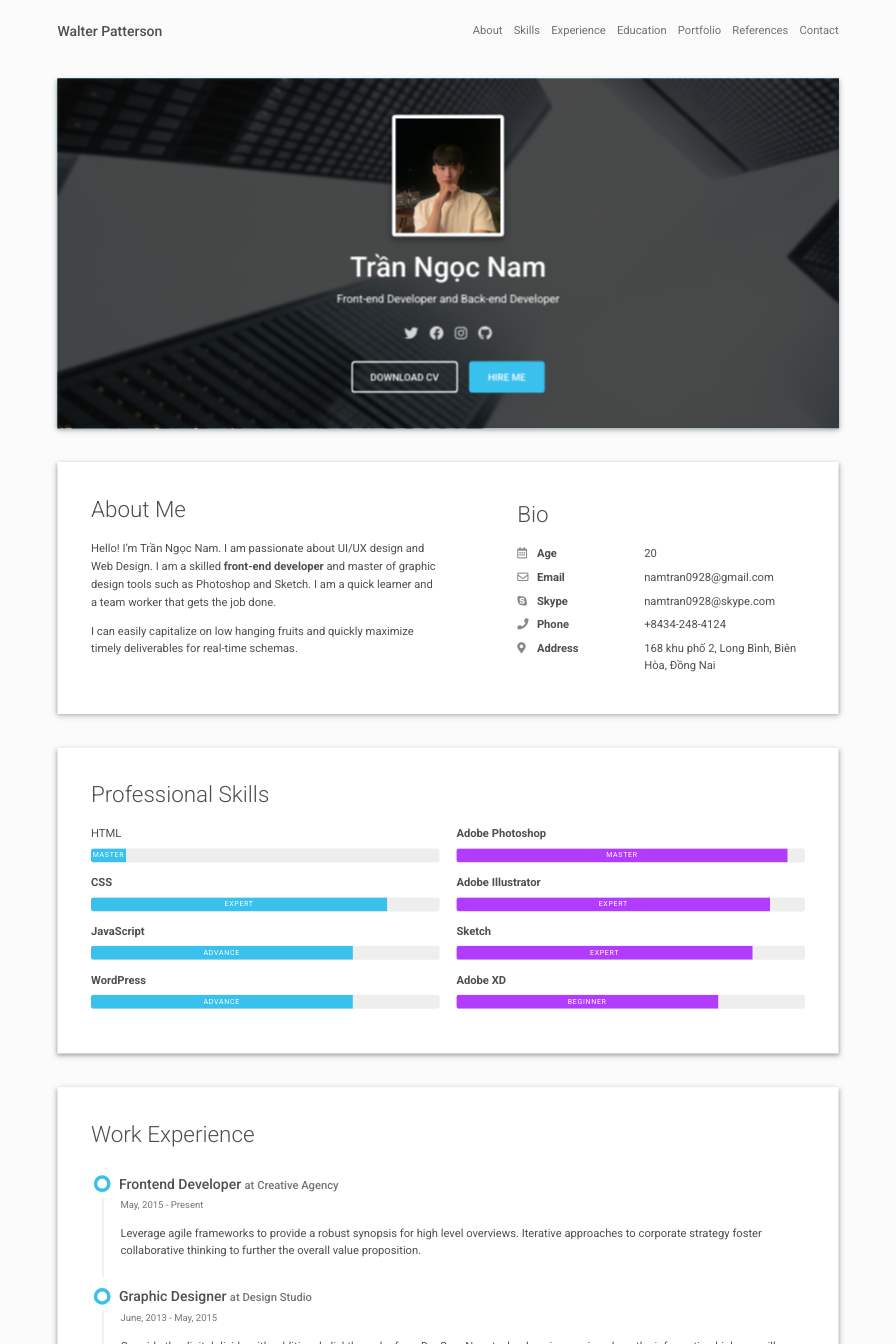
Repository: Namtran3107/CV
Page: index.html
These files come from the project's save history. The page is drawn as it stood at one moment and after the next save; the edit follows.
The browser window is 1280 px wide. The pictures show the part of the page from y = 0 to 1920 px (the page is 5347 px tall), at 70% of full size.

Above is the page before, as saved 2023-03-05 20:42:46.

### index.html
<!DOCTYPE html>
<html lang="en-US">
  <head>
    <meta charset="UTF-8">
    <meta http-equiv="X-UA-Compatible" content="IE=edge">
    <meta name="viewport" content="width=device-width, initial-scale=1">
    <title>Material Resume</title>
    <link rel="preconnect" href="https://fonts.gstatic.com" crossorigin="crossorigin"/>
    <link rel="preload" as="style" href="https://fonts.googleapis.com/css2?family=Poppins:wght@600&amp;family=Roboto:wght@300;400;500;700&amp;display=swap"/>
    <link rel="stylesheet" href="https://fonts.googleapis.com/css2?family=Poppins:wght@600&amp;family=Roboto:wght@300;400;500;700&amp;display=swap" media="print" onload="this.media='all'"/>
    <noscript>
      <link rel="stylesheet" href="https://fonts.googleapis.com/css2?family=Poppins:wght@600&amp;family=Roboto:wght@300;400;500;700&amp;display=swap"/>
    </noscript>
    <link href="css/font-awesome/css/all.min.css?ver=1.2.1" rel="stylesheet">
    <link href="css/mdb.min.css?ver=1.2.1" rel="stylesheet">
    <link href="css/aos.css?ver=1.2.1" rel="stylesheet">
    <link href="css/main.css?ver=1.2.1" rel="stylesheet">
    <noscript>
      <style type="text/css">
        [data-aos] {
            opacity: 1 !important;
            transform: translate(0) scale(1) !important;
        }
      </style>
    </noscript>
  </head>
  <body class="bg-light" id="top">
    <header class="d-print-none">
      <div class="container text-center text-lg-left">
        <div class="pt-4 clearfix">
          <h1 class="site-title mb-0">Walter Patterson</h1>
          <div class="site-nav">
            <nav role="navigation">
              <ul class="nav justify-content-center">
                <li class="nav-item"><a class="nav-link" href="#about" title="About"><span class="menu-title">About</span></a>
                </li>
                <li class="nav-item"><a class="nav-link" href="#skills" title="Skills"><span class="menu-title">Skills</span></a>
                </li>
                <li class="nav-item"><a class="nav-link" href="#experience" title="Experience"><span class="menu-title">Experience</span></a>
                </li>
                <li class="nav-item"><a class="nav-link" href="#education" title="Education"><span class="menu-title">Education</span></a>
                </li>
                <li class="nav-item"><a class="nav-link" href="#portfolio" title="Portfolio"><span class="menu-title">Portfolio</span></a>
                </li>
                <li class="nav-item"><a class="nav-link" href="#references" title="References"><span class="menu-title">References</span></a>
                </li>
                <li class="nav-item"><a class="nav-link" href="#contact" title="Contact"><span class="menu-title">Contact</span></a>
                </li>
              </ul>
            </nav>
          </div>
        </div>
      </div>
    </header>
    <div class="page-content">
      <div class="container">
<div class="resume-container">
  <div class="shadow-1-strong bg-white my-5" id="intro">
    <div class="bg-info text-white">
      <div class="cover bg-image"><img src="images/header-background.jpg"/>
        <div class="mask" style="background-color: rgba(0, 0, 0, 0.7);backdrop-filter: blur(2px);">
          <div class="text-center p-5">
            <div class="avatar p-1"><img class="img-thumbnail shadow-2-strong" src="./images/IMG_2092.JPG" width="160" height="160"/></div>
            <div class="header-bio mt-3">
              <div data-aos="zoom-in" data-aos-delay="0">
                <h2 class="h1">Trần Ngọc Nam</h2>
                <p>Front-end Developer and Back-end Developer</p>
              </div>
              <div class="header-social mb-3 d-print-none" data-aos="zoom-in" data-aos-delay="200">
                <nav role="navigation">
                  <ul class="nav justify-content-center">
                    <li class="nav-item"><a class="nav-link" href="https://twitter.com/templateflip" title="Twitter"><i class="fab fa-twitter"></i><span class="menu-title sr-only">Twitter</span></a>
                    </li>
                    <li class="nav-item"><a class="nav-link" href="https://www.facebook.com/templateflip" title="Facebook"><i class="fab fa-facebook"></i><span class="menu-title sr-only">Facebook</span></a>
                    </li>
                    <li class="nav-item"><a class="nav-link" href="https://www.instagram.com/templateflip" title="Instagram"><i class="fab fa-instagram"></i><span class="menu-title sr-only">Instagram</span></a>
                    </li>
                    <li class="nav-item"><a class="nav-link" href="https://github.com/templateflip" title="Github"><i class="fab fa-github"></i><span class="menu-title sr-only">Github</span></a>
                    </li>
                  </ul>
                </nav>
              </div>
              <div class="d-print-none"><a class="btn btn-outline-light btn-lg shadow-sm mt-1 me-3" href="material-resume.pdf" data-aos="fade-right" data-aos-delay="700">Download CV</a><a class="btn btn-info btn-lg shadow-sm mt-1" href="#contact" data-aos="fade-left" data-aos-delay="700">Hire Me</a></div>
            </div>
          </div>
        </div>
      </div>
    </div>
  </div>
  <div class="shadow-1-strong bg-white my-5 p-5" id="about">
    <div class="about-section">
      <div class="row">
        <div class="col-md-6">
          <h2 class="h2 fw-light mb-4">About Me</h2>
          <p>Hello! I’m Trần Ngọc Nam. I am passionate about UI/UX design and Web Design. I am a skilled <strong>front-end developer</strong> and master of graphic design tools such as Photoshop and Sketch. I am a quick learner and a team worker that gets the job done.</p>
          <p>I can easily capitalize on low hanging fruits and quickly maximize timely deliverables for real-time schemas.</p>
        </div>
        <div class="col-md-5 offset-lg-1">
          <div class="row mt-2">
            <h2 class="h2 fw-light mb-4">Bio</h2>
            <div class="col-sm-5">
              <div class="pb-2 fw-bolder"><i class="far fa-calendar-alt pe-2 text-muted" style="width:24px;opacity:0.85;"></i> Age</div>
            </div>
            <div class="col-sm-7">
              <div class="pb-2">20</div>
            </div>
            <div class="col-sm-5">
              <div class="pb-2 fw-bolder"><i class="far fa-envelope pe-2 text-muted" style="width:24px;opacity:0.85;"></i> Email</div>
            </div>
            <div class="col-sm-7">
              <div class="pb-2">namtran0928@gmail.com</div>
            </div>
            <div class="col-sm-5">
              <div class="pb-2 fw-bolder"><i class="fab fa-skype pe-2 text-muted" style="width:24px;opacity:0.85;"></i> Skype</div>
            </div>
            <div class="col-sm-7">
              <div class="pb-2">namtran0928@skype.com</div>
            </div>
            <div class="col-sm-5">
              <div class="pb-2 fw-bolder"><i class="fas fa-phone pe-2 text-muted" style="width:24px;opacity:0.85;"></i> Phone</div>
            </div>
            <div class="col-sm-7">
              <div class="pb-2">+8434-248-4124</div>
            </div>
            <div class="col-sm-5">
              <div class="pb-2 fw-bolder"><i class="fas fa-map-marker-alt pe-2 text-muted" style="width:24px;opacity:0.85;"></i> Address</div>
            </div>
            <div class="col-sm-7">
              <div class="pb-2">168 khu phố 2, Long Bình, Biên Hòa, Đồng Nai</div>
            </div>
          </div>
        </div>
      </div>
    </div>
  </div>
  <div class="shadow-1-strong bg-white my-5 p-5" id="skills">
    <div class="skills-section">
      <h2 class="h2 fw-light mb-4">Professional Skills</h2>
      <div class="row">
        <div class="col-md-6">
          <div class="mb-3"><span class="Node-js">HTML</span>
            <div class="progress my-2 rounded" style="height: 20px">
              <div class="progress-bar bg-info" role="progressbar" data-aos="zoom-in-right" data-aos-delay="100" data-aos-anchor=".skills-section" style="width: 10%;" aria-valuenow="95" aria-valuemin="0" aria-valuemax="100">Master</div>
            </div>
          </div>
          <div class="mb-3"><span class="fw-bolder">CSS</span>
            <div class="progress my-2 rounded" style="height: 20px">
              <div class="progress-bar bg-info" role="progressbar" data-aos="zoom-in-right" data-aos-delay="200" data-aos-anchor=".skills-section" style="width: 85%" aria-valuenow="85" aria-valuemin="0" aria-valuemax="100">Expert</div>
            </div>
          </div>
          <div class="mb-3"><span class="fw-bolder">JavaScript</span>
            <div class="progress my-2 rounded" style="height: 20px">
              <div class="progress-bar bg-info" role="progressbar" data-aos="zoom-in-right" data-aos-delay="300" data-aos-anchor=".skills-section" style="width: 75%" aria-valuenow="75" aria-valuemin="0" aria-valuemax="100">Advance</div>
            </div>
          </div>
          <div class="mb-3"><span class="fw-bolder">WordPress</span>
            <div class="progress my-2 rounded" style="height: 20px">
              <div class="progress-bar bg-info" role="progressbar" data-aos="zoom-in-right" data-aos-delay="300" data-aos-anchor=".skills-section" style="width: 75%" aria-valuenow="75" aria-valuemin="0" aria-valuemax="100">Advance</div>
            </div>
          </div>
        </div>
        <div class="col-md-6">
          <div class="mb-3"><span class="fw-bolder">Adobe Photoshop</span>
            <div class="progress my-2 rounded" style="height: 20px">
              <div class="progress-bar bg-secondary" role="progressbar" data-aos="zoom-in-right" data-aos-delay="400" data-aos-anchor=".skills-section" style="width: 95%" aria-valuenow="95" aria-valuemin="0" aria-valuemax="100">Master</div>
            </div>
          </div>
          <div class="mb-3"><span class="fw-bolder">Adobe Illustrator</span>
            <div class="progress my-2 rounded" style="height: 20px">
              <div class="progress-bar bg-secondary" role="progressbar" data-aos="zoom-in-right" data-aos-delay="400" data-aos-anchor=".skills-section" style="width: 90%" aria-valuenow="90" aria-valuemin="0" aria-valuemax="100">Expert</div>
            </div>
          </div>
          <div class="mb-3"><span class="fw-bolder">Sketch</span>
            <div class="progress my-2 rounded" style="height: 20px">
              <div class="progress-bar bg-secondary" role="progressbar" data-aos="zoom-in-right" data-aos-delay="500" data-aos-anchor=".skills-section" style="width: 85%" aria-valuenow="85" aria-valuemin="0" aria-valuemax="100">Expert</div>
            </div>
          </div>
          <div class="mb-3"><span class="fw-bolder">Adobe XD</span>
            <div class="progress my-2 rounded" style="height: 20px">
              <div class="progress-bar bg-secondary" role="progressbar" data-aos="zoom-in-right" data-aos-delay="600" data-aos-anchor=".skills-section" style="width: 75%" aria-valuenow="75" aria-valuemin="0" aria-valuemax="100">Beginner</div>
            </div>
          </div>
        </div>
      </div>
    </div>
  </div>
  <div class="shadow-1-strong bg-white my-5 p-5" id="experience">
    <div class="work-experience-section">
      <h2 class="h2 fw-light mb-4">Work Experience</h2>
      <div class="timeline">
        <div class="timeline-card timeline-card-info" data-aos="fade-in" data-aos-delay="0">
          <div class="timeline-head px-4 pt-3">
            <div class="h5">Frontend Developer <span class="text-muted h6">at Creative Agency</span></div>
          </div>
          <div class="timeline-body px-4 pb-4">
            <div class="text-muted text-small mb-3">May, 2015 - Present</div>
            <div>Leverage agile frameworks to provide a robust synopsis for high level overviews. Iterative approaches to corporate strategy foster collaborative thinking to further the overall value proposition.</div>
          </div>
        </div>
        <div class="timeline-card timeline-card-info" data-aos="fade-in" data-aos-delay="200">
          <div class="timeline-head px-4 pt-3">
            <div class="h5">Graphic Designer <span class="text-muted h6">at Design Studio</span></div>
          </div>
          <div class="timeline-body px-4 pb-4">
            <div class="text-muted text-small mb-3">June, 2013 - May, 2015</div>
            <div>Override the digital divide with additional clickthroughs from DevOps. Nanotechnology immersion along the information highway will close the loop on focusing solely on the bottom line.</div>
          </div>
        </div>
        <div class="timeline-card timeline-card-info" data-aos="fade-in" data-aos-delay="400">
          <div class="timeline-head px-4 pt-3">
            <div class="h5">Junior Web Developer <span class="text-muted h6">at Indie Studio</span></div>
          </div>
          <div class="timeline-body px-4 pb-4">
            <div class="text-muted text-small mb-3">Jan, 2011 - May, 2013</div>
            <div>User generated content in real-time will have multiple touchpoints for offshoring. Organically grow the holistic world view of disruptive innovation via workplace diversity and empowerment.</div>
          </div>
        </div>
      </div>
    </div>
  </div>
  <div class="shadow-1-strong bg-white my-5 p-5" id="education">
    <div class="education-section">
      <h2 class="h2 fw-light mb-4">Education</h2>
      <div class="timeline">
        <div class="timeline-card timeline-card-success" data-aos="fade-in" data-aos-delay="0">
          <div class="timeline-head px-4 pt-3">
            <div class="h5">Masters in Information Technology <span class="text-muted h6">from International University</span>          </div>
          </div>
          <div class="timeline-body px-4 pb-4">
            <div class="text-muted text-small mb-3">2011 - 2013</div>
            <div>Leverage agile frameworks to provide a robust synopsis for high level overviews. Iterative approaches to corporate strategy foster collaborative thinking to further the overall value proposition.</div>
          </div>
        </div>
        <div class="timeline-card timeline-card-success" data-aos="fade-in" data-aos-delay="200">
          <div class="timeline-head px-4 pt-3">
            <div class="h5">Bachelor of Computer Science <span class="text-muted h6">from Regional College</span>          </div>
          </div>
          <div class="timeline-body px-4 pb-4">
            <div class="text-muted text-small mb-3">2007 - 2011</div>
            <div>Override the digital divide with additional clickthroughs from DevOps. Nanotechnology immersion along the information highway will close the loop on focusing solely on the bottom line.</div>
          </div>
        </div>
        <div class="timeline-card timeline-card-success" data-aos="fade-in" data-aos-delay="400">
          <div class="timeline-head px-4 pt-3">
            <div class="h5">Science and Mathematics <span class="text-muted h6">from Mt. High Scool</span>          </div>
          </div>
          <div class="timeline-body px-4 pb-4">
            <div class="text-muted text-small mb-3">1995 - 2007</div>
            <div>User generated content in real-time will have multiple touchpoints for offshoring. Organically grow the holistic world view of disruptive innovation via workplace diversity and empowerment.</div>
          </div>
        </div>
      </div>
    </div>
  </div>
  <div class="shadow-1-strong bg-white my-5 p-5 d-print-none" id="portfolio">
    <div class="portfolio-section">
      <h2 class="h2 fw-light mb-4">Portfolio</h2>
      <div class="row g-0">
        <div class="col-md-6"><a href="https://dribbble.com/" target="_blank"><img class="img-fluid" src="images/project-1.jpg" width="800" height="500"/></a></div>
        <div class="col-md-6 d-flex align-items-center" data-aos="fade-left" data-aos-delay="100">
          <div class="m-4 mt-md-2">
            <p class="text-teal text-small">Frontend / HTML / CSS / JavaScript</p>
            <h3>Photo Agency Website</h3>
            <p class="text-muted">Built highly performant website front end for a Photography agency. Delivered codebase in HTML, CSS and modern JavaScript.</p>
          </div>
        </div>
      </div>
      <div class="row g-0 portfolio-reverse">
        <div class="col-md-6 d-flex align-items-center" data-aos="fade-right" data-aos-delay="100">
          <div class="m-4 mt-md-2 text-end">
            <p class="text-teal text-small">Graphic Design / Photoshop / Sketch</p>
            <h3>Restaurant Website Design</h3>
            <p class="text-muted">Web design for popular resturant chain involving complex layouts done in both Photoshop and Sketch. Collaborated with back-end and front-end team for finished product.</p>
          </div>
        </div>
        <div class="col-md-6"><a href="https://www.behance.net/" target="_blank"><img class="img-fluid" src="images/project-2.jpg" width="800" height="500"/></a></div>
      </div>
      <div class="row g-0">
        <div class="col-md-6"><a href="https://dribbble.com/" target="_blank"><img class="img-fluid" src="images/project-3.jpg" width="800" height="500"/></a></div>
        <div class="col-md-6 d-flex align-items-center" data-aos="fade-left" data-aos-delay="100">
          <div class="m-4 mt-md-2">
            <p class="text-teal text-small">Frontend / HTML / CSS / JavaScript</p>
            <h3>E-Commerce Website</h3>
            <p class="text-muted">Built highly performant website for an E-commerce Portal. Worked with back-end team to timely deliver codebase in HTML, CSS and modern JavaScript.</p>
          </div>
        </div>
      </div>
    </div>
  </div>
  <div class="shadow-1-strong bg-white my-5 p-5" id="references">
    <div class="reference-section">
      <h2 class="h2 fw-light mb-4">References</h2>
      <div class="row">
        <div class="col-md-6">
          <div class="d-flex mb-2">
            <div class="avatar"><img src="images/reference-image-1.jpg" width="60" height="60"/></div>
            <div class="header-bio m-3 mb-0">
              <h3 class="h6 mb-1" data-aos="fade-left" data-aos-delay="0">Aiyana</h3>
              <p class="text-muted text-small" data-aos="fade-left" data-aos-delay="100">CEO / Web Design Company</p>
            </div>
          </div>
          <div class="d-flex"><i class="text-secondary fas fa-quote-left"></i>
            <p class="lead mx-2" data-aos="fade-left" data-aos-delay="100">Walter displays exemplary professionalism and is able to take on challenges. He learns quickly and is an asset to any team.</p>
          </div>
        </div>
        <div class="col-md-6">
          <div class="d-flex mb-2">
            <div class="avatar"><img src="images/reference-image-2.jpg" width="60" height="60"/></div>
            <div class="header-bio m-3 mb-0">
              <h3 class="h6 mb-1" data-aos="fade-left" data-aos-delay="0">Alexander</h3>
              <p class="text-muted text-small" data-aos="fade-left" data-aos-delay="100">Front-end Developer / Web Design Company</p>
            </div>
          </div>
          <div class="d-flex"><i class="text-secondary fas fa-quote-left"></i>
            <p class="lead mx-2" data-aos="fade-left" data-aos-delay="100">Walter is a great co-worker and problem solver. He is quick to extend his helping hand and makes a good team player.</p>
          </div>
        </div>
      </div>
    </div>
  </div>
  <div class="shadow-1-strong bg-white my-5 p-5" id="contact">
    <div class="contant-section">
      <h2 class="h2 fw-light text mb-4">Contact</h2>
      <div class="row mb-4">
        <div class="col-md-5" data-aos="fade-left" data-aos-delay="200">
          <div class="mt-1">
            <div class="h6"><i class="fas fa-phone pe-2 text-muted" style="width:24px;opacity:0.85;"></i> +0718-111-0011</div>
            <div class="h6"><i class="far fa-envelope pe-2 text-muted" style="width:24px;opacity:0.85;"></i> walter@company.com</div>
          </div>
          <div class="mt-5 d-print-none"><form action="https://formspree.io/your@email.com"
    method="POST">
  <div class="form-outline mb-4">
    <input type="text" id="name" class="form-control" required/>
    <label class="form-label" for="name">Name</label>
  </div>
  <div class="form-outline mb-4">
    <input type="email" id="email" class="form-control" required/>
    <label class="form-label" for="email">Email address</label>
  </div>
  <div class="form-outline mb-4">
    <textarea class="form-control" style="resize: none;" id="message" rows="4" required></textarea>
    <label class="form-label" for="message">Message</label>
  </div>
  <button class="btn btn-info btn-block mb-4" type="submit">Send</button>
</form>
          </div>
        </div>
        <div class="col-md-7 d-print-none" data-aos="zoom-in" data-aos-delay="100"><iframe src="https://www.google.com/maps/embed?pb=!1m18!1m12!1m3!1d496.9774799129763!2d-73.98032087190995!3d40.765927126473905!2m3!1f0!2f0!3f0!3m2!1i1024!2i768!4f13.1!3m3!1m2!1s0x89c258f9cfcb250d%3A0xdb570ddcb766e3a8!2sNew%20York%20City%20Center!5e0!3m2!1sen!2sin!4v1614183731149!5m2!1sen!2sin" width="500" height="400" style="border:0;width:100%;" allowfullscreen="" loading="lazy"></iframe></div>
      </div>
    </div>
  </div>
</div></div>
    </div>
    <footer class="pt-4 pb-4 text-muted text-center d-print-none">
      <div class="container">
        <div class="my-3">
          <div class="h4">Walter Patterson</div>
          <div class="footer-nav">
            <nav role="navigation">
              <ul class="nav justify-content-center">
                <li class="nav-item"><a class="nav-link" href="https://twitter.com/templateflip" title="Twitter"><i class="fab fa-twitter"></i><span class="menu-title sr-only">Twitter</span></a>
                </li>
                <li class="nav-item"><a class="nav-link" href="https://www.facebook.com/templateflip" title="Facebook"><i class="fab fa-facebook"></i><span class="menu-title sr-only">Facebook</span></a>
                </li>
                <li class="nav-item"><a class="nav-link" href="https://www.instagram.com/templateflip" title="Instagram"><i class="fab fa-instagram"></i><span class="menu-title sr-only">Instagram</span></a>
                </li>
                <li class="nav-item"><a class="nav-link" href="https://github.com/templateflip" title="Github"><i class="fab fa-github"></i><span class="menu-title sr-only">Github</span></a>
                </li>
              </ul>
            </nav>
          </div>
        </div>
        <div class="text-small">
          <div class="mb-1">&copy; Material Resume. All rights reserved.</div>
          <div>Design - <a href="https://templateflip.com/" target="_blank">TemplateFlip</a></div>
        </div>
      </div>
    </footer>
    <script src="scripts/mdb.min.js?ver=1.2.1"></script>
    <script src="scripts/aos.js?ver=1.2.1"></script>
    <script src="scripts/main.js?ver=1.2.1"></script>
  </body>
</html>

Loaded but not shown: css/font-awesome/css/all.min.css (library); css/mdb.min.css (library); css/aos.css (library); scripts/mdb.min.js (library); scripts/aos.js (library); scripts/main.js (common file); css/main.css (142 lines, source omitted)

After the next save:
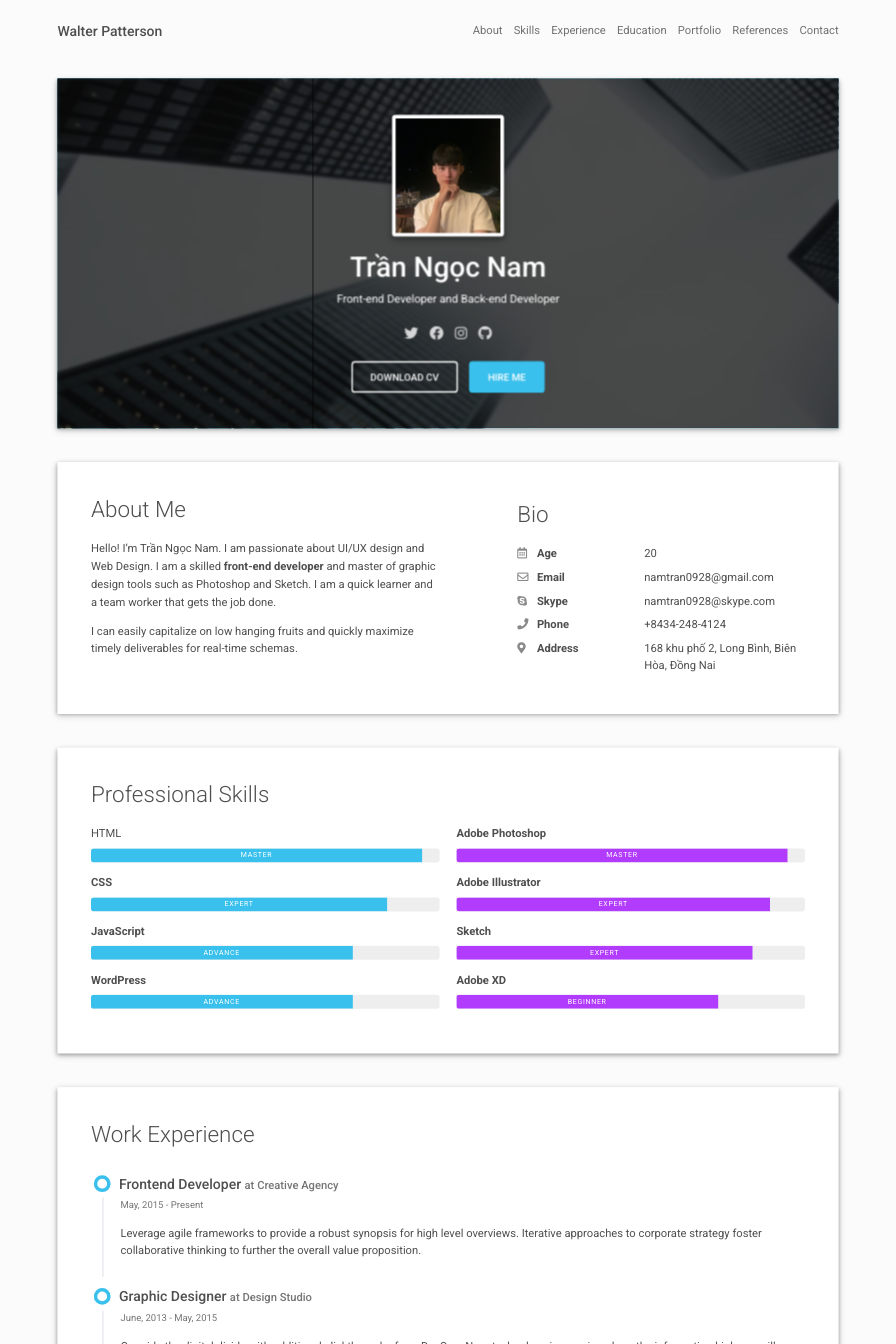
Saved 12 s later.
--- a/index.html
+++ b/index.html
@@ -140,7 +140,7 @@
         <div class="col-md-6">
           <div class="mb-3"><span class="Node-js">HTML</span>
             <div class="progress my-2 rounded" style="height: 20px">
-              <div class="progress-bar bg-info" role="progressbar" data-aos="zoom-in-right" data-aos-delay="100" data-aos-anchor=".skills-section" style="width: 10%;" aria-valuenow="95" aria-valuemin="0" aria-valuemax="100">Master</div>
+              <div class="progress-bar bg-info" role="progressbar" data-aos="zoom-in-right" data-aos-delay="100" data-aos-anchor=".skills-section" style="width: 95%;" aria-valuenow="95" aria-valuemin="0" aria-valuemax="100">Master</div>
             </div>
           </div>
           <div class="mb-3"><span class="fw-bolder">CSS</span>
